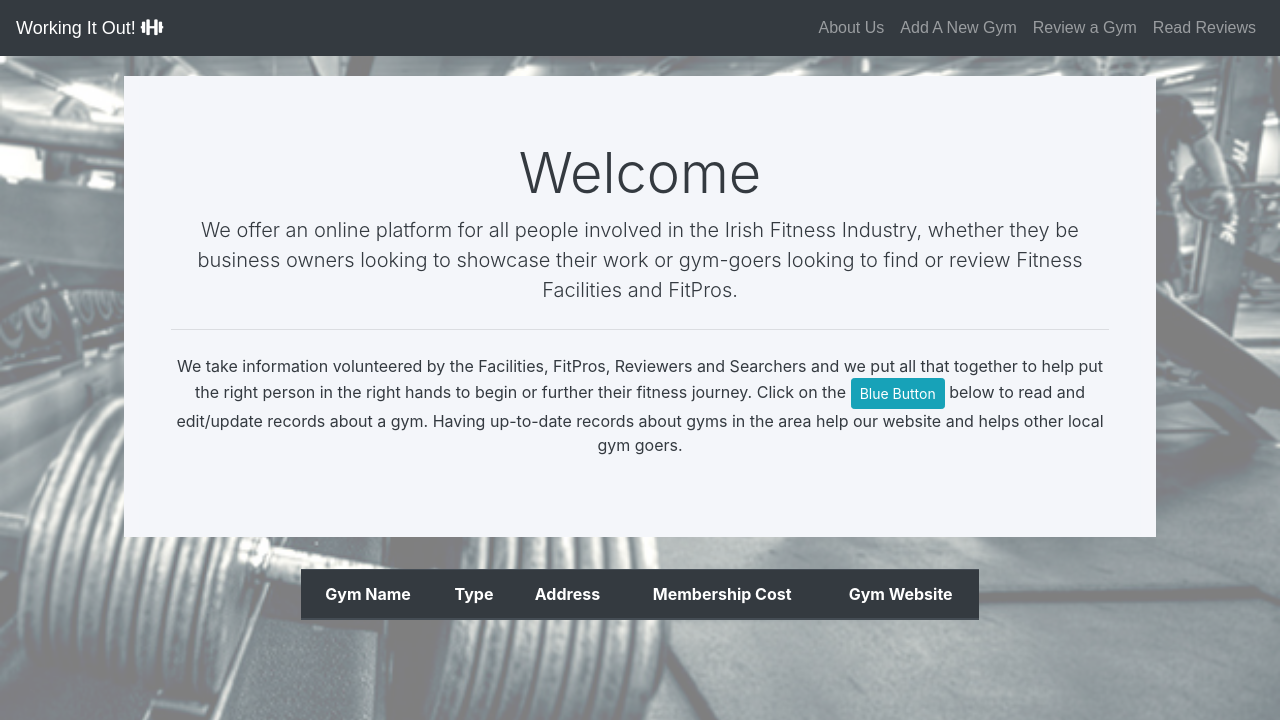
Repository: cgaynor91/Working_It_Out
Page: http://localhost/
The author's editor kept a record of every edit. The page is drawn from the files as they stood at one moment, then again after the next edit.
The browser window is 1280 px wide. The pictures show the whole page.
Some web libraries are served in a nearby version. The page is served by the project's application, run on Flask 3 (app.py). Queries for data that is not in the repository find no rows.

Above is the page before.

After the next edit:
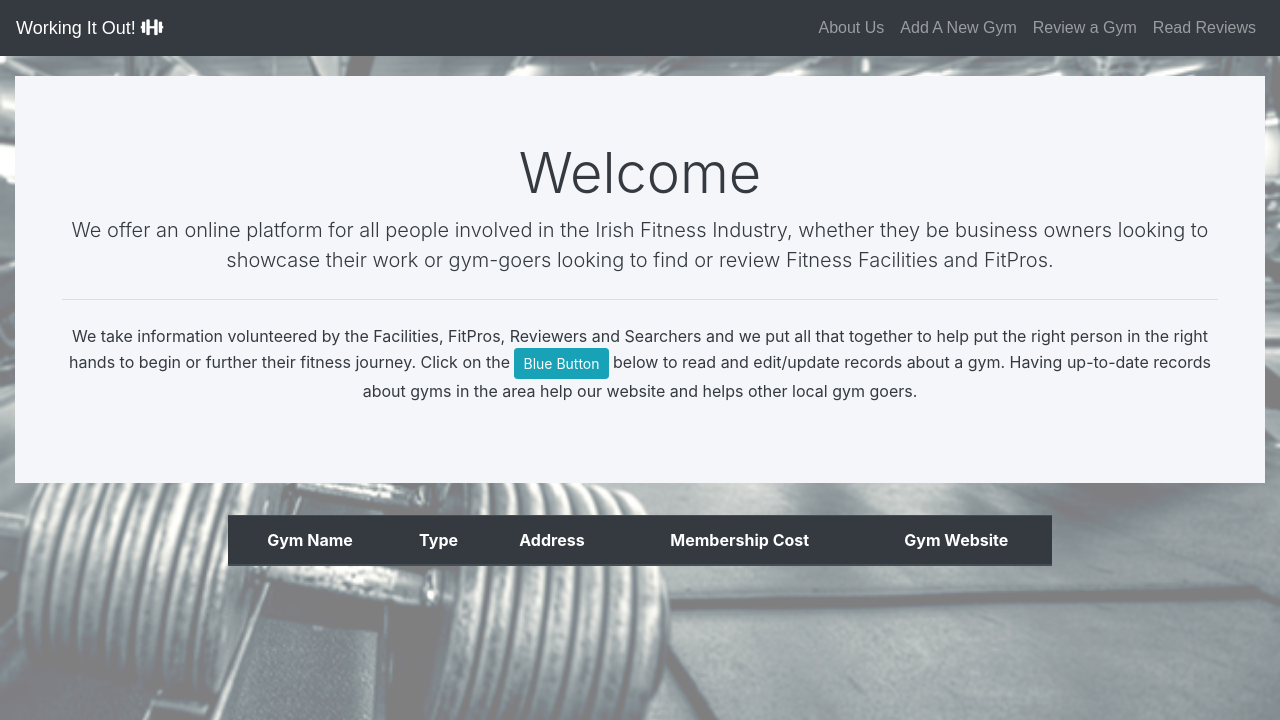
The edit:
--- a/templates/base.html
+++ b/templates/base.html
@@ -33,16 +33,10 @@
 
     <!-- Background image -->
     <div class="container-fluid bg"></div>
-    <!-- Template Container -->
-    <div class="container-fluid">
-        <div class="row justify-content-center">
-            <div class="col-12 col-md-10 template-col">
+
 
                 {% block content %} {% endblock %}
 
-            </div>
-        </div>
-    </div>
 
 
     <script src="https://code.jquery.com/jquery-3.4.1.slim.min.js"></script>
